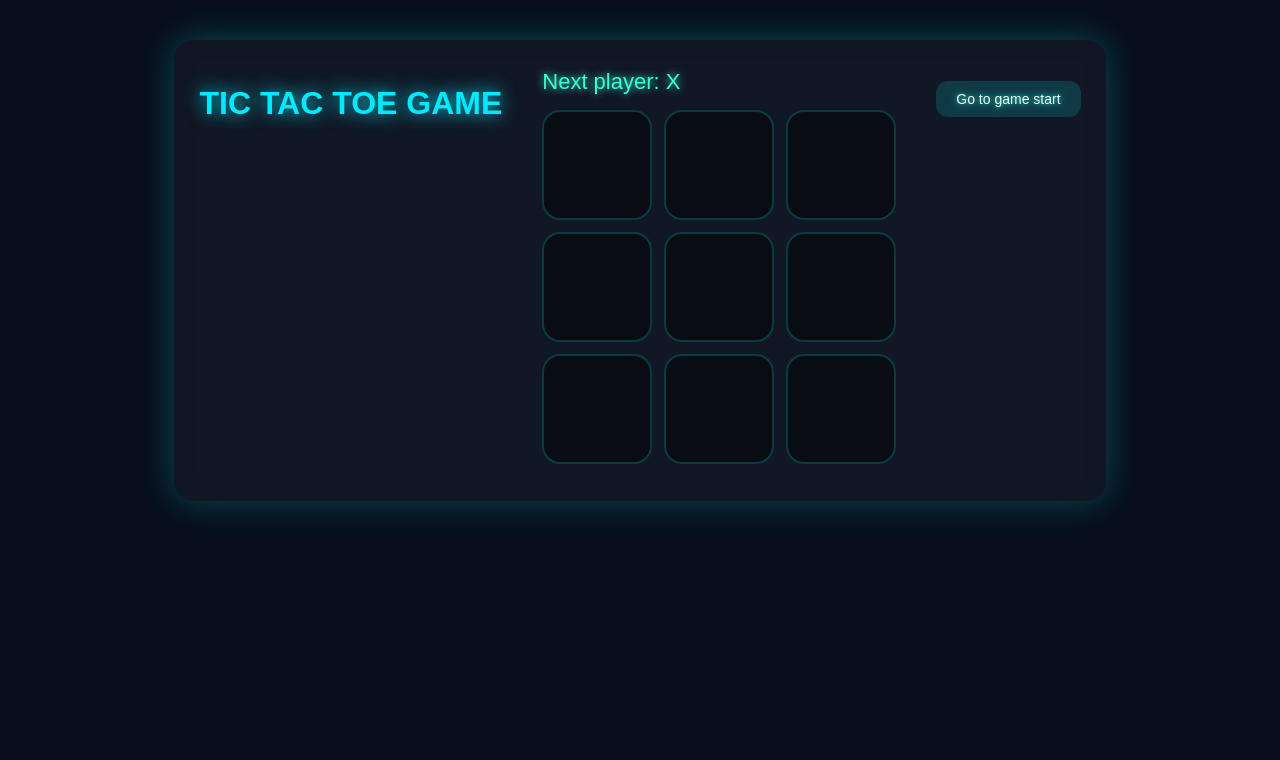
Repository: sofia123776/TIC-TAC-TOE
Page: /
The author's editor kept a copy of each file at every save. The page is drawn from the files as they stood at one save, then again after the next save.
The browser window is 1280 px wide. The pictures show the whole page.
The project was rebuilt for these pictures with package versions that can differ from the ones it lists, and the page was loaded fresh each time. Also part of the build but not shown: vite.config.js.

Above is the page before, as saved 2025-11-30 13:37:51.

### src/index.css
:root {
  font-family: system-ui, Avenir, Helvetica, Arial, sans-serif;
  line-height: 1.5;
  font-weight: 400;

  color-scheme: light dark;
  color: rgba(255, 255, 255, 0.87);
  background-color: whitesmoke;

  font-synthesis: none;
  text-rendering: optimizeLegibility;
  -webkit-font-smoothing: antialiased;
  -moz-osx-font-smoothing: grayscale;
}

a {
  font-weight: 500;
  color: #646cff;
  text-decoration: inherit;
}
a:hover {
  color: #535bf2;
}

body {
  margin: 0;
  display: flex;
  place-items: center;
  min-width: 320px;
  min-height: 100vh;
}

h1 {
  font-size: 3.2em;
  line-height: 1.1;
}

button {
  border-radius: 1px;
  border:8px  solid transparent;
  padding: 0.6em 1.2em;
  font-size: 1em;
  font-weight: 500;
  font-family: inherit;
  background-color: #1a1a1a;
  cursor: pointer;
  transition: border-color 0.25s;
}
button:hover {
  border-color: #646cff;
}
button:focus,
button:focus-visible {
  outline: 4px auto -webkit-focus-ring-color;
}

@media (prefers-color-scheme: light) {
  :root {
    color: #213547;
    background-color: #ffffff;
  }
  a:hover {
    color: #747bff;
  }
  button {
    background-color: #f9f9f9;
  }
}

### src/App.jsx
import { useState } from 'react'
import reactLogo from './assets/react.svg'
import viteLogo from '/vite.svg'
import './App.css'

function Square({value, onSquareClick, highlight}){


  return(
   <button
      className={`square ${highlight ? "highlight" : ""}`}
      onClick={onSquareClick}
    >
      {value}
    </button>
  );

}

function Board({xIsNext, squares, onPlay}) {

  function Handleclick(i){

    if ( Calculatewinner(squares) || squares[i]) {
    return;
  }

    const nextSquares = squares.slice()
    if (xIsNext){
    nextSquares[i] = "X"
    }else{
      nextSquares[i] = "O"
    }
    onPlay(nextSquares);
  }
    const winner = Calculatewinner(squares);

  let status;
  if (winner) {
    status = "Winner: " + winner;
  } else {
    status = "Next player: " + (xIsNext ? "X" : "O");
  }
  const winningLine = Calculatewinner(squares, true);
  return (
    <>

    <div className="status">{status}</div>
  <div className='board-row'>
  <Square value = {squares[0]} onSquareClick={() =>Handleclick(0)} highlight={winningLine?.includes(0)}/>
  <Square value = {squares[1]} onSquareClick={() =>Handleclick(1)} highlight={winningLine?.includes(1)}/>
  <Square value = {squares[2]} onSquareClick={() =>Handleclick(2)} highlight={winningLine?.includes(2)}/>

  </div>

  <div className='board-row'>
  <Square value = {squares[3]} onSquareClick={() =>Handleclick(3)} highlight={winningLine?.includes(3)}/>
  <Square value = {squares[4]} onSquareClick={() =>Handleclick(4)} highlight={winningLine?.includes(4)}/>
  <Square value = {squares[5]} onSquareClick={() =>Handleclick(5)} highlight={winningLine?.includes(5)}/>

  </div>
  <div className='board-row'>
  <Square value = {squares[6]} onSquareClick={() =>Handleclick(6)} highlight={winningLine?.includes(6)}/>
  <Square value = {squares[7]} onSquareClick={() =>Handleclick(7)} highlight={winningLine?.includes(7)}/>
  <Square value = {squares[8]} onSquareClick={() =>Handleclick(8)} highlight={winningLine?.includes(8)}/>

  </div>

  </>
  );
}

export default function Game() {
  const [history, setHistory] = useState([Array(9).fill(null)]);
  const [currentMove, setCurrentMove] = useState(0);
  const xIsNext = currentMove % 2 === 0;
  const currentSquares = history[currentMove];

  function handlePlay(nextSquares) {
    const nextHistory = [...history.slice(0, currentMove + 1), nextSquares];
    setHistory(nextHistory);
    setCurrentMove(nextHistory.length - 1);
  }

  function jumpTo(nextMove) {
    setCurrentMove(nextMove);
  }

  const moves = history.map((squares, move) => {
    let description;
    if (move > 0) {
      description = 'Go to move #' + move;
    } else {
      description = 'Go to game start';
    }
    return (
      <li key={move}>
        <button onClick={() => jumpTo(move)}>{description}</button>
      </li>
    );
  });

  return (
    <div className="game">
    <h1>TIC TAC TOE GAME</h1>
      <div className="game-board">
        <Board xIsNext={xIsNext} squares={currentSquares} onPlay={handlePlay} />
      </div>
      <div className="game-info">
        <ol>{moves}</ol>
      </div>
    </div>
  );
}

function Calculatewinner(squares, returnLine = false){
  const lines = [
  [0, 1, 2],
  [3, 4, 5],
  [6, 7, 8],
  [0, 3, 6],
  [1, 4, 7],
  [2, 5, 8],
  [0, 4, 8],
  [2, 4, 6],

  ];

  for (let i = 0; i < lines.length; i++) {
    const [a, b, c] = lines[i];
    if (squares[a] && squares[a] === squares[b] && squares[a] === squares[c]) {
      return returnLine ? lines : squares[a];
    }
  }
  return returnLine ? null : null;
}

### src/App.css
/* Full background */
body {
  background: #080e1c;
  margin: 0;
  font-family: "Poppins", sans-serif;
  color: #e8faff;
  display: flex;
  justify-content: center;
  align-items: flex-start;
  padding-top: 40px;
}

/* Game Title */
h1 {
  text-align: center;
  font-size: 32px;
  font-weight: 700;
  margin-bottom: 25px;
  text-shadow: 0 0 18px #00eaff;
  color: #00eaff;
}

/* Outer game container */
.game {
  display: flex;
  gap: 40px;
  padding: 25px;
  border-radius: 20px;
  background: rgba(255,255,255,0.04);
  box-shadow: 0 0 35px rgba(0, 255, 255, 0.25);
  backdrop-filter: blur(12px);
}

/* Board container */
.game-board {
  display: flex;
  flex-direction: column;
}

/* Status text */
.status {
  font-size: 22px;
  margin-bottom: 12px;
  color: #39ffd3;
  text-shadow: 0 0 8px #39ffd3;
}

/* Board row layout */
.board-row {
  display: flex;
  gap: 12px;
  margin-bottom: 12px;
}

/* Square button */
.square {
  width: 110px !important;
  height: 110px !important;
  font-size: 42px !important;
  font-weight: bold;
  color: #00eaff;
  background: rgba(0, 0, 0, 0.45);
  border: 2px solid rgba(0, 255, 255, 0.2);
  border-radius: 18px;
  cursor: pointer;
  transition: 0.25s ease-in-out, transform 0.15s;
  text-shadow: 0 0 12px #00eaff;
}

.square:hover {
  transform: scale(1.07);
  background: rgba(0, 255, 255, 0.15);
  box-shadow: 0 0 18px #00eaff;
}

/* X and O color override */
.square:contains("X"), .square.X {
  color: #ff3c89;
  text-shadow: 0 0 12px #ff3c89;
}

.square:contains("O"), .square.O {
  color: #3cfffb;
  text-shadow: 0 0 12px #3cfffb;
}

/* Moves list */
.game-info ol {
  list-style: none;
  padding: 0;
}

.game-info button {
  padding: 10px 20px;
  border-radius: 12px;
  margin-bottom: 10px;
  border: none;
  cursor: pointer;
  background: rgba(0, 255, 255, 0.15);
  color: #e8ffff;
  font-size: 14px;
  text-shadow: 0 0 6px #39ffd3;
  transition: 0.2s ease;
}

.game-info button:hover {
  background: #39ffd3;
  color: #001010;
  box-shadow: 0 0 18px #39ffd3;
  transform: scale(1.05);
}

.highlight {
  animation: winPulse 1s infinite ease-in-out;
  background: rgba(0, 255, 150, 0.25) !important;
  box-shadow: 0 0 25px #00ffb3;
  border: 2px solid #00ff9d !important;
}

@keyframes winPulse {
  0% {
    transform: scale(1);
    box-shadow: 0 0 12px #00ffb3;
  }
  50% {
    transform: scale(1.12);
    box-shadow: 0 0 25px #00ffb3;
  }
  100% {
    transform: scale(1);
    box-shadow: 0 0 12px #00ffb3;
  }
}

Loaded but not shown: index.html (common file); src/main.jsx (common file)

After the next save:
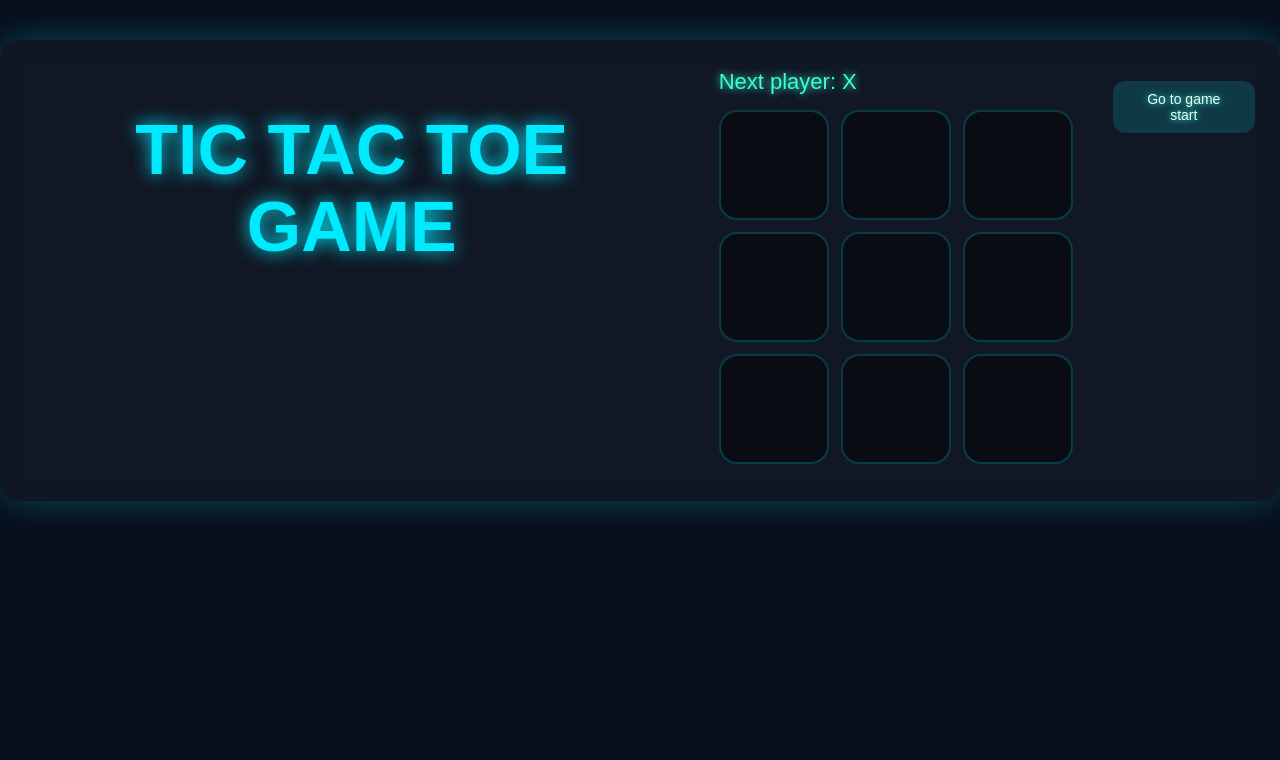
Saved 29 s later.
--- a/src/App.css
+++ b/src/App.css
@@ -13,7 +13,7 @@ body {
 /* Game Title */
 h1 {
   text-align: center;
-  font-size: 32px;
+  font-size: 70px;
   font-weight: 700;
   margin-bottom: 25px;
   text-shadow: 0 0 18px #00eaff;
